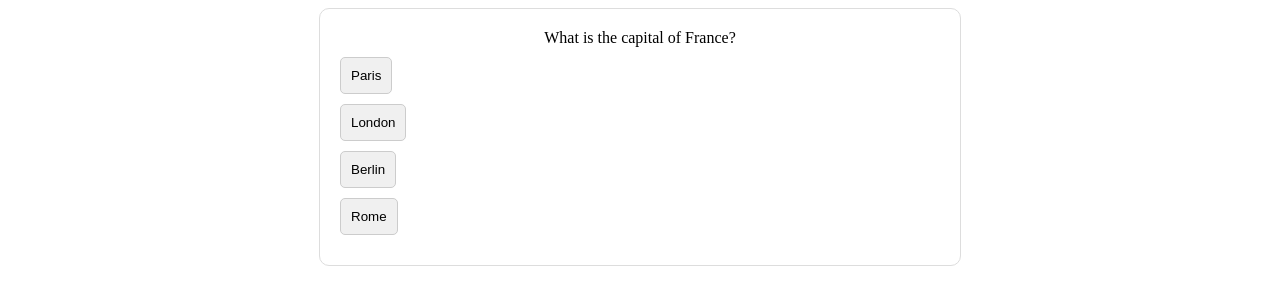
Repository: muteedwaheed/quiz-app
Page: test.html
An editor plug-in stored every save of this project. The page is shown before and after the next save, followed by the edit.
The browser window is 1280 px wide. The pictures show the whole page.

Above is the page before, as saved 2024-06-23 01:50:27.

### test.html
<!DOCTYPE html>
<html lang="en">
  <head>
    <meta charset="UTF-8" />
    <meta name="viewport" content="width=device-width, initial-scale=1.0" />
    <title>quiz app</title>
    <link rel="stylesheet" href="./test.css">
  </head>
  <body>

    <div class="quiz-container">
      <div id="question-container">
        <div id="question">Question text</div>
        <div id="options-container"></div>
      </div>
    </div>

    <script src="./test.js"></script>
  </body>
</html>

### test.css
.hidden { display: none; }
.quiz-container {
  max-width: 600px;
  margin: 0 auto;
  text-align: center;
  padding: 20px;
  border: 1px solid #ddd;
  border-radius: 10px;
}
.option {
  display: block;
  margin: 10px 0;
  padding: 10px;
  background-color: #f0f0f0;
  border: 1px solid #ccc;
  border-radius: 5px;
  cursor: pointer;
}
.option:hover {
  background-color: #ddd;
}

### test.js
const quiz = [
  {
    questions: [
      {
        question: "What is the capital of France?",
        options: [
          {
            answerText: "Paris",
            isCorrect: true,
          },
          {
            answerText: "London",
            isCorrect: false,
          },
          {
            answerText: "Berlin",
            isCorrect: false,
          },
          {
            answerText: "Rome",
            isCorrect: false,
          },
        ],
      },
      {
        question: "Which of the following are primary colors?",
        options: [
          {
            answerText: "Red",
            isCorrect: true,
          },
          {
            answerText: "Green",
            isCorrect: false,
          },
          {
            answerText: "Blue",
            isCorrect: true,
          },
          {
            answerText: "Yellow",
            isCorrect: true,
          },
        ],
      },
      {
        question: "Who wrote the play 'Romeo and Juliet'?",
        options: [
          {
            answerText: "William Shakespeare",
            isCorrect: true,
          },
          {
            answerText: "Jane Austen",
            isCorrect: false,
          },
          {
            answerText: "Charles Dickens",
            isCorrect: false,
          },
          {
            answerText: "Leo Tolstoy",
            isCorrect: false,
          },
        ],
      },
      {
        question: "Which of the following are programming languages?",
        options: [
          {
            answerText: "Java",
            isCorrect: true,
          },
          {
            answerText: "Banana",
            isCorrect: false,
          },
          {
            answerText: "Python",
            isCorrect: true,
          },
          {
            answerText: "Orange",
            isCorrect: false,
          },
        ],
      },
      {
        question: "What are the colors of the rainbow?",
        options: [
          {
            answerText: "Red",
            isCorrect: true,
          },
          {
            answerText: "Green",
            isCorrect: false,
          },
          {
            answerText: "Blue",
            isCorrect: true,
          },
          {
            answerText: "Yellow",
            isCorrect: true,
          },
        ],
      },
      {
        question: "Which planet is known as the 'Red Planet'?",
        options: [
          {
            answerText: "Mars",
            isCorrect: true,
          },
          {
            answerText: "Venus",
            isCorrect: false,
          },
          {
            answerText: "Jupiter",
            isCorrect: false,
          },
          {
            answerText: "Saturn",
            isCorrect: false,
          },
        ],
      },
      {
        question: "What are the main components of air?",
        options: [
          {
            answerText: "Oxygen",
            isCorrect: true,
          },
          {
            answerText: "Carbon Dioxide",
            isCorrect: true,
          },
          {
            answerText: "Nitrogen",
            isCorrect: true,
          },
          {
            answerText: "Argon",
            isCorrect: false,
          },
        ],
      },
      {
        question: "Which animals lay eggs?",
        options: [
          {
            answerText: "Dogs",
            isCorrect: false,
          },
          {
            answerText: "Cats",
            isCorrect: false,
          },
          {
            answerText: "Birds",
            isCorrect: true,
          },
          {
            answerText: "Frogs",
            isCorrect: true,
          },
        ],
      },
      {
        question: "What is the capital of Japan?",
        options: [
          {
            answerText: "Tokyo",
            isCorrect: true,
          },
          {
            answerText: "Beijing",
            isCorrect: false,
          },
          {
            answerText: "Seoul",
            isCorrect: false,
          },
          {
            answerText: "Bangkok",
            isCorrect: false,
          },
        ],
      },
      {
        question: "Which of the following are fruits?",
        options: [
          {
            answerText: "Carrot",
            isCorrect: false,
          },
          {
            answerText: "Apple",
            isCorrect: true,
          },
          {
            answerText: "Potato",
            isCorrect: false,
          },
          {
            answerText: "Banana",
            isCorrect: true,
          },
        ],
      },
      {
        question: "Who is credited with inventing the telephone?",
        options: [
          {
            answerText: "Thomas Edison",
            isCorrect: false,
          },
          {
            answerText: "Alexander Graham Bell",
            isCorrect: true,
          },
          {
            answerText: "Nikola Tesla",
            isCorrect: false,
          },
          {
            answerText: "Albert Einstein",
            isCorrect: false,
          },
        ],
      },
      {
        question: "Which of the following are mammals?",
        options: [
          {
            answerText: "Dolphin",
            isCorrect: true,
          },
          {
            answerText: "Shark",
            isCorrect: false,
          },
          {
            answerText: "Salmon",
            isCorrect: false,
          },
          {
            answerText: "Octopus",
            isCorrect: false,
          },
        ],
      },
      {
        question: "What is the largest planet in our solar system?",
        options: [
          {
            answerText: "Jupiter",
            isCorrect: true,
          },
          {
            answerText: "Mars",
            isCorrect: false,
          },
          {
            answerText: "Saturn",
            isCorrect: false,
          },
          {
            answerText: "Neptune",
            isCorrect: false,
          },
        ],
      },
      {
        question: "Which of the following are programming languages?",
        options: [
          {
            answerText: "Ruby",
            isCorrect: true,
          },
          {
            answerText: "Lemon",
            isCorrect: false,
          },
          {
            answerText: "C++",
            isCorrect: true,
          },
          {
            answerText: "Grapes",
            isCorrect: false,
          },
        ],
      },
      {
        question: "What are the primary colors in painting?",
        options: [
          {
            answerText: "Red",
            isCorrect: true,
          },
          {
            answerText: "Green",
            isCorrect: false,
          },
          {
            answerText: "Blue",
            isCorrect: true,
          },
          {
            answerText: "Orange",
            isCorrect: false,
          },
        ],
      },
      {
        question: "Which of the following are elements on the periodic table?",
        options: [
          {
            answerText: "Carbon",
            isCorrect: true,
          },
          {
            answerText: "Gold",
            isCorrect: true,
          },
          {
            answerText: "Silver",
            isCorrect: true,
          },
          {
            answerText: "Ruby",
            isCorrect: false,
          },
        ],
      },
      {
        question: "Which of the following are European countries?",
        options: [
          {
            answerText: "Germany",
            isCorrect: true,
          },
          {
            answerText: "Brazil",
            isCorrect: false,
          },
          {
            answerText: "Spain",
            isCorrect: true,
          },
          {
            answerText: "Australia",
            isCorrect: false,
          },
        ],
      },
      {
        question: "What are the primary colors of light?",
        options: [
          {
            answerText: "Red",
            isCorrect: true,
          },
          {
            answerText: "Green",
            isCorrect: true,
          },
          {
            answerText: "Blue",
            isCorrect: true,
          },
          {
            answerText: "Yellow",
            isCorrect: false,
          },
        ],
      },
      {
        question:
          "Which of the following are parts of the human digestive system?",
        options: [
          {
            answerText: "Stomach",
            isCorrect: true,
          },
          {
            answerText: "Lungs",
            isCorrect: false,
          },
          {
            answerText: "Brain",
            isCorrect: false,
          },
          {
            answerText: "Liver",
            isCorrect: true,
          },
        ],
      },
      {
        question: "What is the currency of Japan?",
        options: [
          {
            answerText: "Yen",
            isCorrect: true,
          },
          {
            answerText: "Dollar",
            isCorrect: false,
          },
          {
            answerText: "Pound",
            isCorrect: false,
          },
          {
            answerText: "Euro",
            isCorrect: false,
          },
        ],
      },
      {
        question: "Which of the following are elements?",
        options: [
          {
            answerText: "Oxygen",
            isCorrect: true,
          },
          {
            answerText: "Sun",
            isCorrect: false,
          },
          {
            answerText: "Moon",
            isCorrect: false,
          },
          {
            answerText: "Earth",
            isCorrect: false,
          },
        ],
      },
      {
        question: "What is the largest ocean on Earth?",
        options: [
          {
            answerText: "Pacific Ocean",
            isCorrect: true,
          },
          {
            answerText: "Indian Ocean",
            isCorrect: false,
          },
          {
            answerText: "Atlantic Ocean",
            isCorrect: false,
          },
          {
            answerText: "Arctic Ocean",
            isCorrect: false,
          },
        ],
      },
      {
        question: "Which of the following are programming languages?",
        options: [
          {
            answerText: "Python",
            isCorrect: true,
          },
          {
            answerText: "Carrot",
            isCorrect: false,
          },
          {
            answerText: "Ruby",
            isCorrect: true,
          },
          {
            answerText: "Cucumber",
            isCorrect: false,
          },
        ],
      },
      {
        question: "What is the chemical symbol for water?",
        options: [
          {
            answerText: "H2O",
            isCorrect: true,
          },
          {
            answerText: "CO2",
            isCorrect: false,
          },
          {
            answerText: "N2",
            isCorrect: false,
          },
          {
            answerText: "O2",
            isCorrect: false,
          },
        ],
      },
    ],
  },
];
let currentQuestionIndex = 0;

// const questionContainer = document.getElementById('question-container');
const questionElement = document.getElementById('question');
const optionsContainer = document.getElementById('options-container');

function showQuestion(questionIndex) {
  const question = quiz[0].questions[questionIndex];
  questionElement.textContent = question.question;
  optionsContainer.innerHTML = '';
  question.options.forEach((option, index) => {
    const button = document.createElement('button');
    button.textContent = option.answerText;
    button.classList.add('option');
    button.onclick = () => checkAnswer(option.isCorrect);
    optionsContainer.appendChild(button);
  });
}

function checkAnswer(isCorrect) {
  if (isCorrect) {
    currentQuestionIndex++;
    if (currentQuestionIndex < quiz[0].questions.length) {
      showQuestion(currentQuestionIndex);
    } else {
      questionContainer.innerHTML = '<h2>You have completed the quiz!</h2>';
    }
  } else {
    alert('Incorrect, try again.');
  }
}

// Start the quiz
showQuestion(currentQuestionIndex);

After the next save:
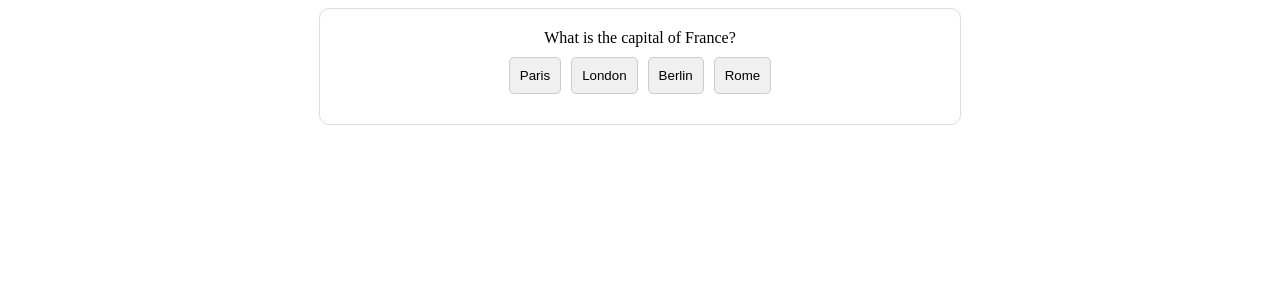
Saved 37 s later.
--- a/test.css
+++ b/test.css
@@ -16,6 +16,12 @@
   border-radius: 5px;
   cursor: pointer;
 }
+#options-container {
+  display: flex;
+  justify-content: center;
+  gap: 10px;
+  flex-wrap: wrap;
+}
 .option:hover {
   background-color: #ddd;
 }
